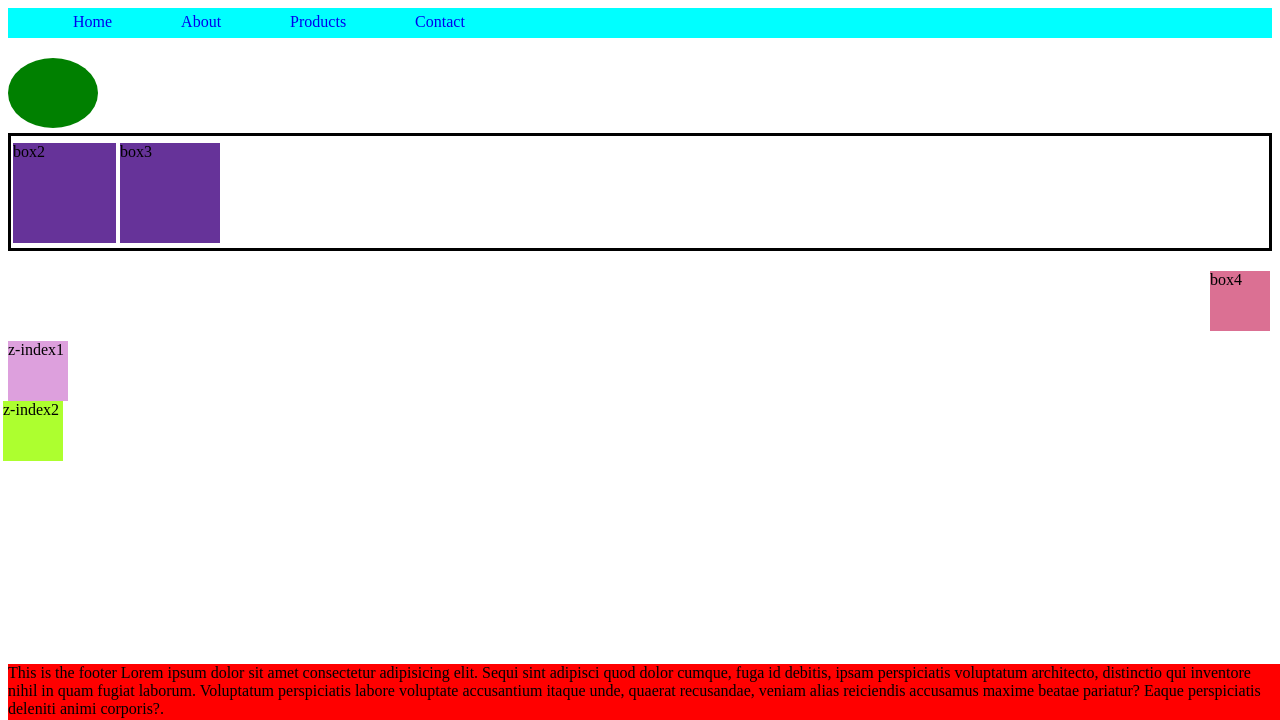
Repository: nihalani20/CSS-by-KG
Page: Practice set/Set-5/index.html
The author's editor kept a copy of each file at every save. The page is drawn from the files as they stood at one save, then again after a run of saves.
The browser window is 1280 px wide. The pictures show the whole page.

Above is the page before, as saved 2023-11-27 15:33:13.

### Practice set/Set-5/index.html
<!DOCTYPE html>
<html lang="en">
<head>
    <meta charset="UTF-8">
    <meta name="viewport" content="width=device-width, initial-scale=1.0">
    <title>Practice set-5</title>

<style>
    *{
        margin: 0 , padding  0 ;
    }
    /* from above (home about products contact) we get space  */
    nav{
        padding: 5px;
    }

nav a {
   text-decoration: none;
   margin-left: 55px;
   padding:5px;


}

header{
    background-color:aqua;
    height: 30px;
}

#first{
    height: 70px;
    width: 90px;
    background-color:green;
    border-radius:50%;
    margin-top: 20px;
    margin-bottom: 5px;

}
.box{
    height: 100px;
    width: 100px;
    display: inline-block;
    background-color:rebeccapurple;
    margin-top: 2px;
}
/* just to show z-index we can apply on box2 */
#box2{
    z-index: 2;
    position: absolute;
    left: 13px;
}
#container
{
    border:solid 3px ;
    padding:5px;
}
#rank{

    background-color:palevioletred;
    height: 60px;
    width: 60px;
    /* /* margin-left: 200px; */
    /* instead use right */
    right: 10px;
    margin-top: 20px;
    position:fixed;


}

#index1{
    background-color:plum;
    margin-top: 90px;
    width:60px;
    height:60px;



}
#index2
{
    background-color:greenyellow;
    width:60px;
    height:60px;
    z-index: 2;
    position: absolute;
    left: 3px;



}


#footer{

    font-family: 'Times New Roman', Times, monospace;
    /* margin-top: 200px; */
    /* instead */
    position: fixed;
    bottom:0px;
    background-color:red;
    height:56px;
}


</style>
</head>
<body>
    <header>
        <nav>
            <a href="#">Home</a>
            <a href="#">About</a>
            <a href="#">Products</a>
            <a href="#">Contact</a>
        </nav>
    </header>
<main>
<div id="first"></div>

<div id="container">
<div  id = "box1" class="box">box1</div>
<div  id = "box2"class="box">box2</div>
<div  id = "box3"class="box">box3</div>
</div>

<div id="rank">box4</div>

<div id="index1">z-index1
</div>
<div id="index2">z-index2</div>


<footer id="footer">This is the footer Lorem ipsum dolor sit amet consectetur adipisicing elit. Sequi sint adipisci quod dolor cumque, fuga id debitis, ipsam perspiciatis voluptatum architecto, distinctio qui inventore nihil in quam fugiat laborum. Voluptatum perspiciatis labore voluptate accusantium itaque unde, quaerat recusandae, veniam alias reiciendis accusamus maxime beatae pariatur? Eaque perspiciatis deleniti animi corporis?.</footer>
</main>



</body>
</html>

After the next 2 saves:
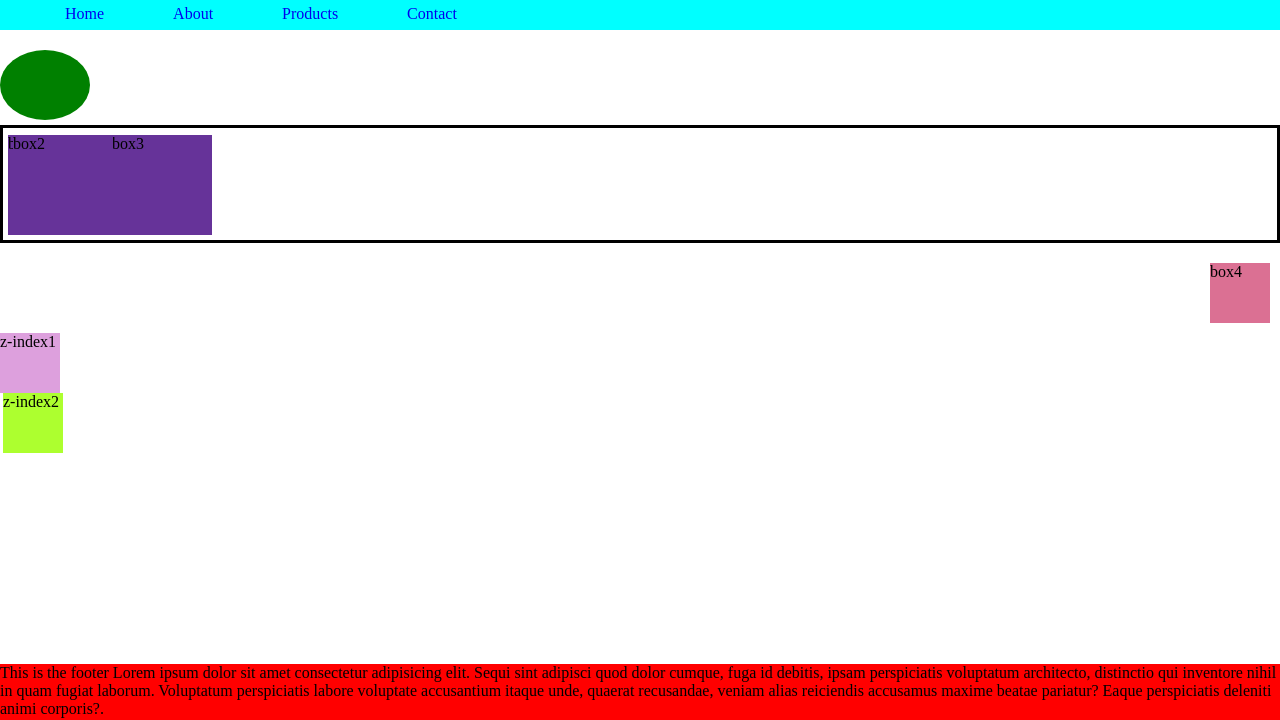
The 2 saves are shown as one change because they came seconds apart.
The last was saved 36 s later.
--- a/Practice set/Set-5/index.html
+++ b/Practice set/Set-5/index.html
@@ -7,7 +7,7 @@
 
 <style>
     *{
-        margin: 0 , padding  0 ;
+        margin: 0 ; padding  0 ;
     }
     /* from above (home about products contact) we get space  */
     nav{
